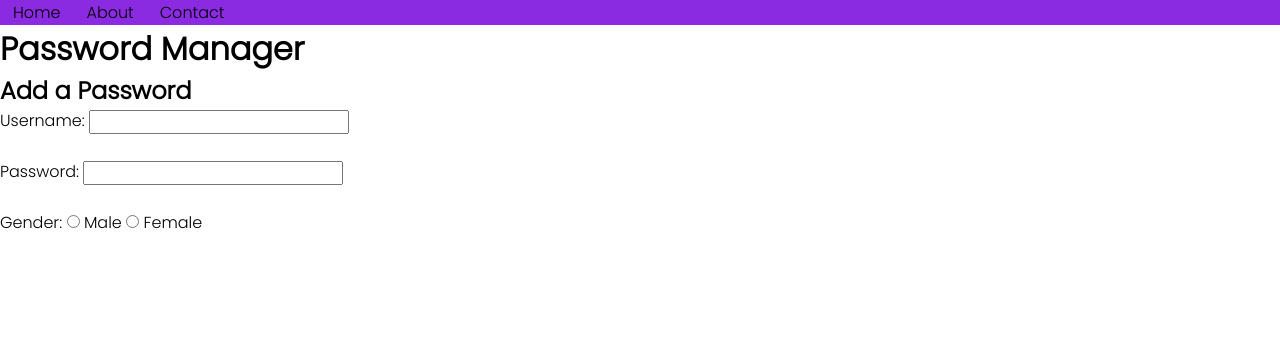
Repository: Abhi2807ar/PASSWORD-MANAGER
Page: index.html
The author's editor kept a copy of each file at every save. The page is drawn from the files as they stood at one save, then again after a run of saves.
The browser window is 1280 px wide. The pictures show the whole page.

Above is the page before, as saved 2024-10-14 14:40:10.

### index.html
<!DOCTYPE html>
<html lang="en">
<head>
    <meta charset="UTF-8">
    <meta name="viewport" content="width=device-width, initial-scale=1.0">
    <title>Documentx</title>
    <style>
@import url('https://fonts.googleapis.com/css2?family=Poppins:wght@200;300&display=swap');
*{
    margin:0;
    padding:0;
    font-family: "Poppins", sans-serif;;
 }
 nav{ background-color: blueviolet;
 }
 ul{
    display:flex;

 }
 ul li{
    list-style:none;
margin:0 13px;
 }
 table tr{
    border:2px solid black

 }
td{

}
</style>

</head>

<body>
    <nav>
        <ul>
            <li>Home</li>
            <li>About</li>
            <li>Contact</li>

        </ul>

    </nav>
    <div class="'container">
        <h1>Password Manager</h1>
        <h2></h2>

    </div>
    <h2>Add a Password</h2>
    <form action="/submit" method="post">
        <!-- Text input for username -->
        <label for="username">Username:</label>
        <input type="text" id="username" name="username" required>
        <br><br>

        <!-- Password input -->
        <label for="password">Password:</label>
        <input type="password" id="password" name="password" required>
        <br><br>

        <!-- Radio buttons for gender -->
        <label>Gender:</label>
        <input type="radio" id="male" name="gender" value="male">
        <label for="male">Male</label>
        <input type="radio" id="female" name="gender" value="female">
        <label for="female">Female</label>
</body>
</html>

After the next 5 saves:
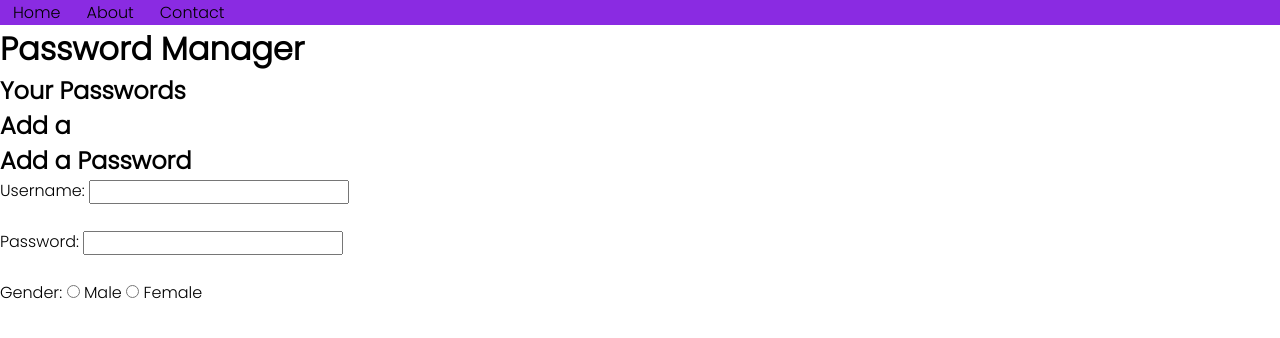
The 5 saves are shown as one change because they came seconds apart.
The last was saved 16 s later.
--- a/index.html
+++ b/index.html
@@ -44,7 +44,8 @@ td{
     </nav>
     <div class="'container">
         <h1>Password Manager</h1>
-        <h2></h2>
+        <h2>Your Passwords</h2>
+        <h2>Add a </h2>
 
     </div>
     <h2>Add a Password</h2>
